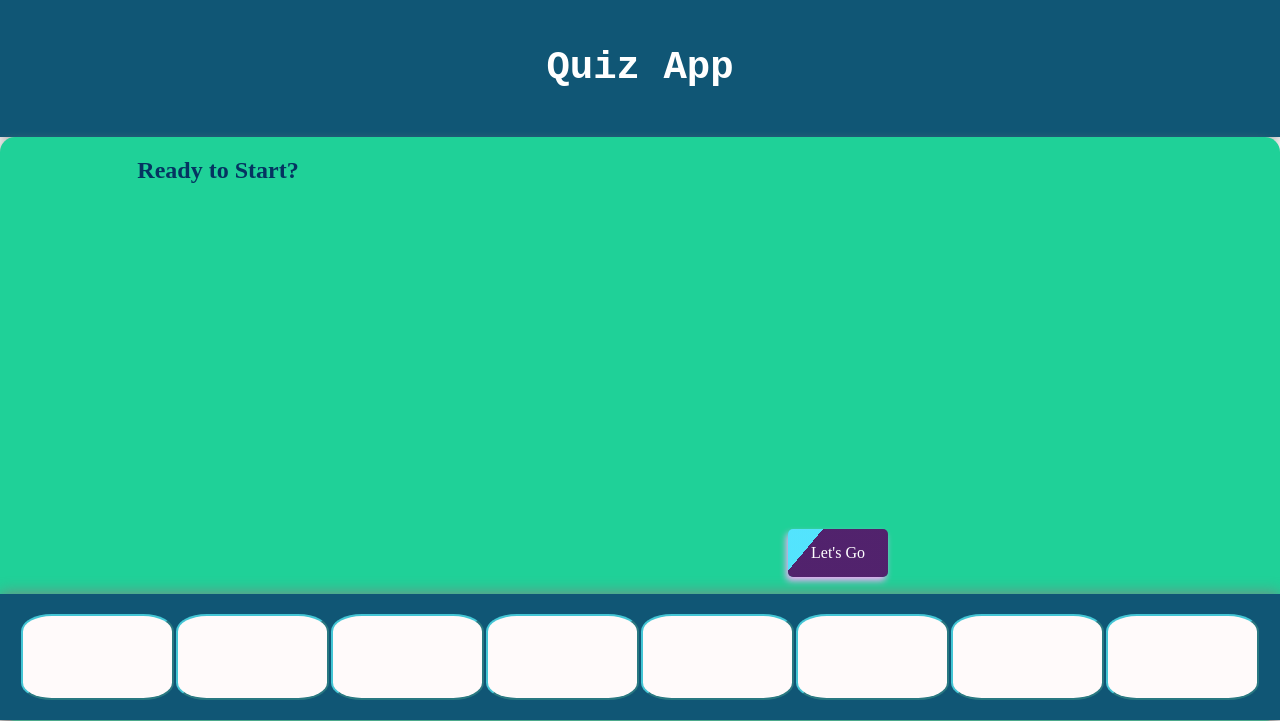
Repository: tpic12/quiz_app
Page: index.html
These files come from the project's save history. The page is drawn as it stood at one moment and after the next save; the edit follows.
The browser window is 1280 px wide. The pictures show the whole page.

Above is the page before, as saved 2019-12-28 15:56:42.

### index.html
<!DOCTYPE html>
<html lang="en">

<head>
  <meta charset="UTF-8">
  <meta name="viewport" content="width=device-width, initial-scale=1.0">
  <meta http-equiv="X-UA-Compatible" content="ie=edge">
  <title>Quiz App</title>
  <link href="https://cdnjs.cloudflare.com/ajax/libs/normalize/8.0.1/normalize.min.css" rel="stylesheet"
    type="text/css" />
  <link href="app.css" rel="stylesheet" type="text/css" />
</head>

<body>
  <header>
    <section class='banner'>
      <h1>Quiz App</h1>
    </section>
  </header>
  <main class='display'>

  </main>
  <footer>
    <section class='counts'>
        <div class='count 0'></div>
        <div class='count 1'></div>
        <div class='count 2'></div>
        <div class='count 3'></div>
        <div class='count 4'></div>
        <div class='count 5'></div>
        <div class='count 6'></div>
        <div class='count 7'></div>
    </section>
  </footer>
  <script src="https://code.jquery.com/jquery-3.4.1.slim.js" crossorigin="anonymous"></script>
  <script src="app.js"></script>
</body>

</html>

### app.css
/* Your styles should be mobile-first and responsive */

/**
  * If you are unclear on how to utilize a mobile-first, responsive technique to write your CSS, here is an example:
  *
  * https://github.com/andreacardybailey/responsive_example/blob/master/styles/responsive-base.css
  *
*/
* {
  box-sizing: border-box;
  margin: 0 auto;
}

.banner h1 {
  font-family: monospace;
  font-size: 3em;
}

.banner,
footer {
  color: white;
  font-family: monospace;
  padding: 20px;
  width: 100%;
  text-align: center;
  background-color: hsl(198, 76%, 26%);
  box-shadow: 0px 0px 15px grey;
  border-bottom: none;
  left: 0;
}

.main_card {
  display: flex;
  min-width: 40vw;
  min-height: 40vh;
  text-align: center;
  justify-content: center;
  align-content: space-around;
  background-color: hsl(161, 74%, 47%);
  border-radius: 15px;
  padding: 20px;
  border: none;
  box-shadow: -2px 6px 12px grey;
}

button {
  color: white;
  margin: 30%;
  margin-bottom: 10%;
  background: linear-gradient(
    130deg,
    hsl(189, 98%, 66%) 25%,
    hsl(229, 100%, 65%) 25%,
    hsl(273, 100%, 64%) 25%,
    hsl(278, 52%, 28%) 25%
  );
  border: none;
  max-width: 130px;
  min-width: 100px;
  border-radius: 5px;
  padding: 15px;
  box-shadow: -2px 4px 6px hsl(294, 81%, 82%);
}

.main_card > form#qForm {
  display: flex;
  flex-flow: column wrap;
  justify-content: center;
  text-align: center;
  margin: 0 auto;
  width: 60vw;
}

.main_card > h2 {
  justify-self: center;
  font-weight: bolder;
  color: hsl(210, 90%, 20%);
}

#qForm > div {
  margin-left: 5vw;
  margin-right: auto;
}

footer {
  position: fixed;
  bottom: 0;
  left: 0;
  max-height: 20vh;
}

.counts {
  display: flex;
  justify-content: space-evenly;
}

.count {
  border: 2px outset hsl(186, 63%, 55%);
  font-family: 'Gill Sans', 'Gill Sans MT', Calibri, 'Trebuchet MS', sans-serif;
  border-radius: 20%;
  flex-direction: row;
  width: 12vw;
  height: 12vh;
  background-color: hsl(0, 100%, 99%);
  padding: 15px;
  -webkit-border-radius: 20%;
  -moz-border-radius: 20%;
  -ms-border-radius: 20%;
  -o-border-radius: 20%;
}

h1 {
  font-family: sans-serif;
}

.green {
  background-color: green !important;
}

.red {
  background-color: red !important;
}

#snackbar > p {
  visibility: hidden;
  min-width: 15vw;

  color: #fff;
  text-align: center;
  align-content: flex-start;
  padding: 5px;
  position: absolute;
  z-index: 1;
  left: ;
  top: -30px;
}

@media screen and (max-width: 450px) {
  .main_card {
    flex-flow: row wrap;
    max-width: 90vw;
  }

  #qForm {
    font-size: 0.8em;
    padding: 5px !important;
    margin: 5px;
    flex-flow: column wrap !important;
  }
  #qForm > div {
    margin-left: 15px;
    margin-right: auto;
  }
  #qForm > input {
    display: inline-block !important;
  }

  #qForm > label {
    display: inline-block !important;
  }
  footer {
    height: 40vh;
    overflow: scroll;
  }
  .counts {
    flex-direction: column;
  }

  .count {
    width: 100%;
    margin: 5px;
    height: 20px;
    border: 1px solid aquamarine;
    border-radius: 0;
    -webkit-border-radius: 0;
    -moz-border-radius: 0;
    -ms-border-radius: 0;
    -o-border-radius: 0;
  }
}

### app.js
/**
 * Example store structure
 */
'use strict';

const STORE = {
  // 5 or more questions are required
  questions: [
    {
      question: 'How many items in a bakers dozen??',
      answers: ['11', '12', '13', '3'],
      correctAnswer: '13'
    },
    {
      question: 'What month is Oktoberfest held?',
      answers: ['September', 'October', 'Every Month', 'August'],
      correctAnswer: 'September'
    },
    {
      question: 'What color is an Orange Blossom?',
      answers: ['Red', 'Orange', 'Pink', 'White'],
      correctAnswer: 'White'
    },
    {
      question: 'Where did the Panama Hat originate?',
      answers: ['Ecuador', 'Panama', 'China', 'Cuba'],
      correctAnswer: 'Ecuador'
    },
    {
      question: 'What are toy marbles made from?',
      answers: ['Plastic', 'Quartz', 'Diamond', 'Glass'],
      correctAnswer: 'Glass'
    },
    {
      question: 'How many gallons are in a ten-gallon hat?',
      answers: [
        'Half a Gallon',
        'Ten-Gallons',
        'Three-Fourths of a Gallon',
        'Give-Gallon'
      ],
      correctAnswer: 'Three-Fourths of a Gallon'
    },
    {
      question: 'What is the biggest animal to ever live?',
      answers: ['Mammoth', 'T-Rex', 'Blue Whale', 'Brontosaurus'],
      correctAnswer: 'Blue Whale'
    },
    {
      question: 'Where is the red-bellied woodpecker predominately red?',
      answers: ['Head', 'Wings', 'Feet', 'Belly'],
      correctAnswer: 'Head'
    }
  ],
  questionNumber: 0,
  score: 0,
  quizStart: false
};

/**
 *
 * Your app should include a render() function, that regenerates
 * the view each time the store is updated. See your course
 * material, consult your instructor, and reference the slides
 * for more details.
 *
 * NO additional HTML elements should be added to the index.html file.
 *
 * You may add attributes (classes, ids, etc) to the existing HTML elements, or link stylesheets or additional scripts if necessary
 *
 */

/**
 * This function renders the quiz after you start, ...
 * answer a question, or restart the quiz
 */
function renderStartQuiz() {
  const mainCard = `<section class="main_card">
      <h2>Ready to Start?</h2>
      <button type='submit' id='start_quiz'>Let's Go</button>
    </section>`;

  $('.display').html(mainCard);

  $('.display').on('click', '#start_quiz', function(event) {
    event.preventDefault();
    STORE.quizStart = true;
    $('.main_card')
      .children()
      .remove();
    handleQuiz();
  });
}
/**
 * renders question one at a time depending on question number
 */
function renderQuestion() {
  if (
    STORE.questionNumber === STORE.questions.length &&
    STORE.questionNumber > 1
  ) {
    renderResults();
  } else {
    const qCard = `<h2>${STORE.questions[STORE.questionNumber].question}</h2>
    <form id="qForm">
<div>
        <input type='radio' name='answer' id='q1' value="${
          STORE.questions[STORE.questionNumber].answers[0]
        }"/><label for='q1' id='0'>${
      STORE.questions[STORE.questionNumber].answers[0]
    }</label>
</div>
<div>
        <input type='radio' name='answer' id='q2' value="${
          STORE.questions[STORE.questionNumber].answers[1]
        }"/><label for='q2' id='1'>${
      STORE.questions[STORE.questionNumber].answers[1]
    }</label></div>

    <div>
        <input type='radio' name='answer' id='q3' value="${
          STORE.questions[STORE.questionNumber].answers[2]
        }"/><label for='q3' id='2'>${
      STORE.questions[STORE.questionNumber].answers[2]
    }</label>
</div><div>
        <input type='radio' name='answer' id='q4' value="${
          STORE.questions[STORE.questionNumber].answers[3]
        }"/><label for='q4' id='3'>${
      STORE.questions[STORE.questionNumber].answers[3]
    }</label></div><br>
    <form>
    <button type='submit' id='submit_answer'>Final Answer</button>`;

    $('.main_card').html(qCard);
    $('input:checked').on('su');
    $('.main_card').on('click', '#submit_answer', function(event) {
      event.preventDefault();
      checkAnswer();
      //original next question spot

      $('.main_card')
        .children()
        .remove();

      handleQuiz();
    });
  }
}
/**
 * renders results page

 */

function generateResults(finalScore, numberOfQuestions) {
  return `<h2>You scored ${finalScore} out of ${numberOfQuestions}!</h2><button id='restart'>Restart Quiz</button>`;
}

/* Render results element with button that restarts the quiz*/
function renderResults() {
  let score = STORE.score;
  let num = STORE.questionNumber;

  $('.main_card').html(generateResults(score, num));
  $('#restart').click(function(event) {
    event.preventDefault();
    console.log('Restarting Quiz');

    STORE.questionNumber = 0;
    STORE.score = 0;
    $('.count')
      .removeClass('snackbar')
      .removeClass('red')
      .removeClass('green')
      .removeClass('show')
      .text('');
    renderStartQuiz();
  });
}

/**
 * this function checks the correctnes of the answer
 */
function checkAnswer() {
  let form = document.getElementById('qForm');
  let ans = form['answer'];
  for (let i = 0; i < ans.length; i++) {
    //is a button checked
    if (ans[i].checked) {
      //compare value of ans[i] to correct answer
      if (
        ans[i].value === STORE.questions[STORE.questionNumber].correctAnswer
      ) {
        scoreKeeper(true);
      } else {
        scoreKeeper(false);
      }
    }
  }
}

function generateAnswerSnackbar(questionAnswer) {
  return `<div class=.${STORE.questionNumber}>
              <p>Sorry, the correct answer is ${questionAnswer}</p>
          </div>`;
}

function scoreKeeper(bool) {
  if (bool === true) {
    console.log('plus 1 point');
    STORE.score++;
    $(`.${STORE.questionNumber}`)
      .addClass('green')
      .addClass('snackbar')
      .html(`<p>Correct!</p>`);
    $('section.main_card');
    console.log('next q!');
    STORE.questionNumber++;
  }
  if (bool === false) {
    console.log('no points for you');
    $(`.${STORE.questionNumber}`)
      .addClass('red')
      .addClass('snackbar')
      .html(
        generateAnswerSnackbar(
          STORE.questions[STORE.questionNumber].correctAnswer
        )
      );
    console.log('next q!');
    STORE.questionNumber++;
  }
}

function handleQuiz() {
  if (STORE.quizStart === false) {
    renderStartQuiz();
  } else {
    renderQuestion();
  }
}

$(handleQuiz);

After the next save:
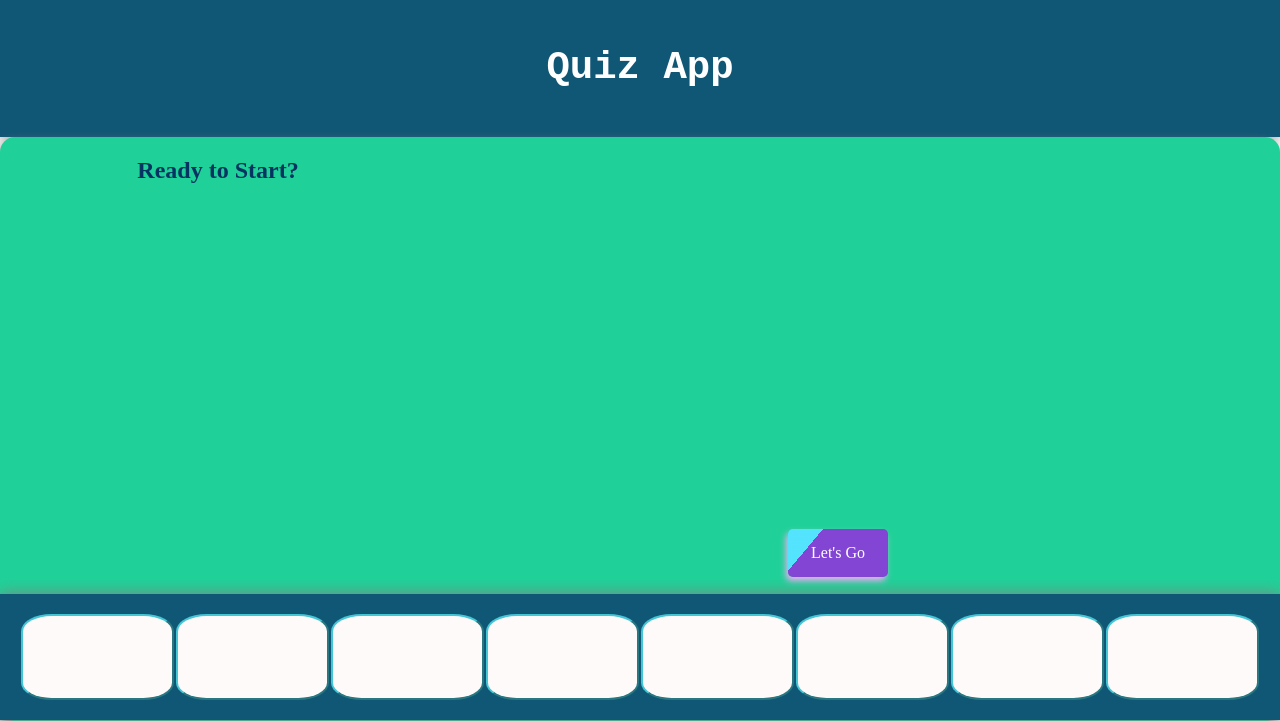
Saved 15 s later.
--- a/app.css
+++ b/app.css
@@ -52,7 +52,7 @@ button {
     hsl(189, 98%, 66%) 25%,
     hsl(229, 100%, 65%) 25%,
     hsl(273, 100%, 64%) 25%,
-    hsl(278, 52%, 28%) 25%
+    hsl(266, 62%, 55%) 25%
   );
   border: none;
   max-width: 130px;
